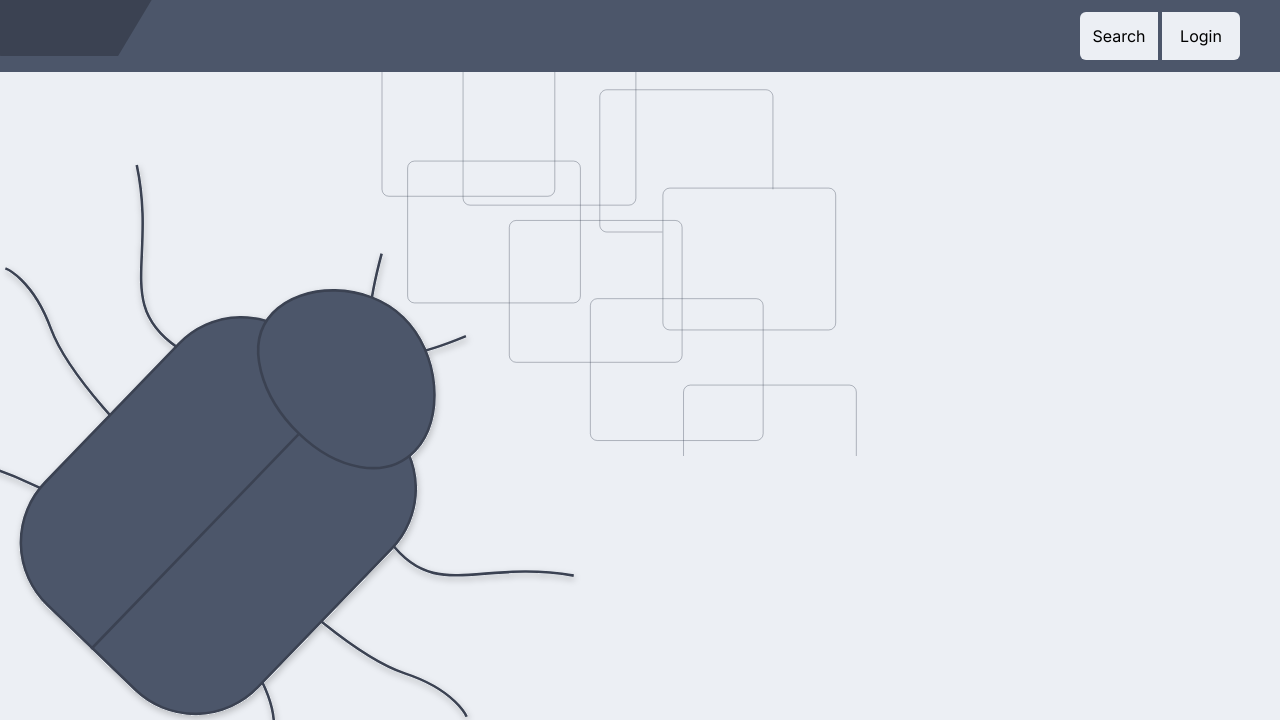
Repository: Qu4ntumGuy/project-bug
Page: /
An editor plug-in stored every save of this project. The page is shown before and after the next save, followed by the edit.
The browser window is 1280 px wide. The pictures show the whole page.
The project was rebuilt for these pictures with package versions that can differ from the ones it lists, and the page was loaded fresh each time. The framework's server and built-in components were replaced by stand-ins that run in the browser. Also part of the build but not shown: next.config.mjs.

Above is the page before, as saved 2024-02-11 23:22:17.

After the next save:
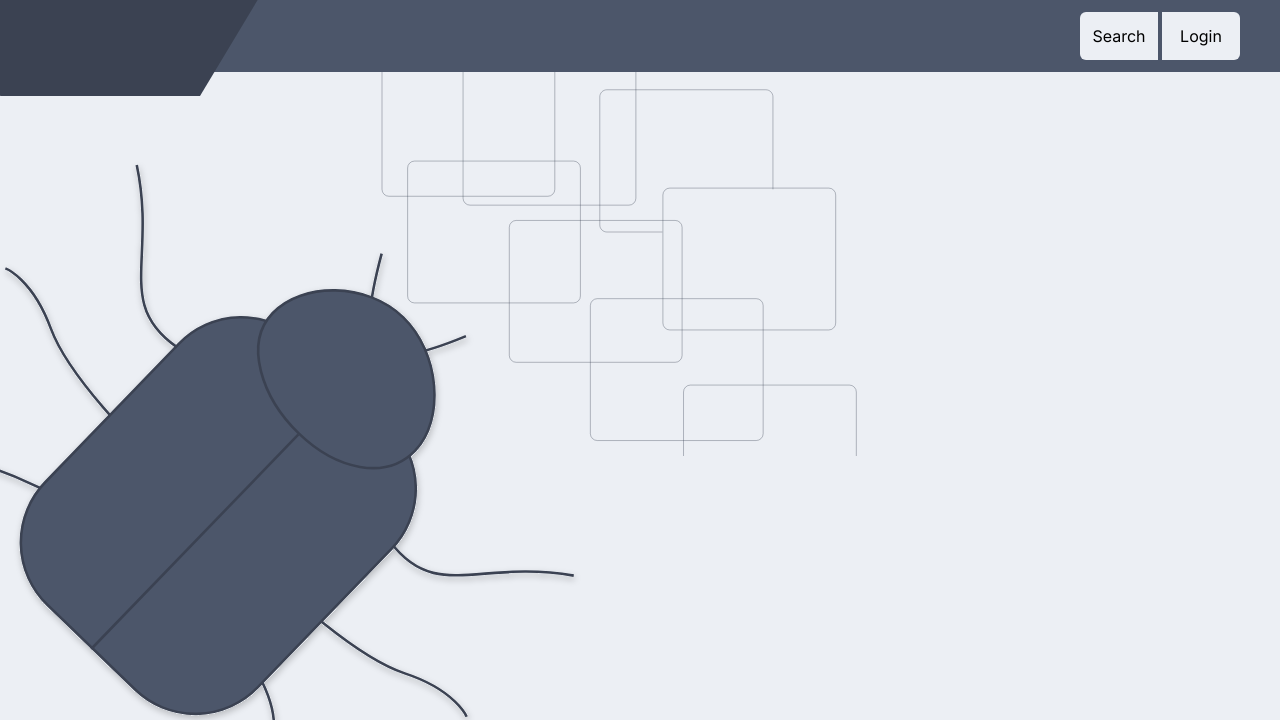
Saved 33 s later.
--- a/src/components/Navbar.js
+++ b/src/components/Navbar.js
@@ -8,7 +8,6 @@ export default function Navbar() {
         <Image
           src={reactangle}
           alt="reactangle"
-          height={60}
           className=" rounded-md relative"
         />
       </div>
